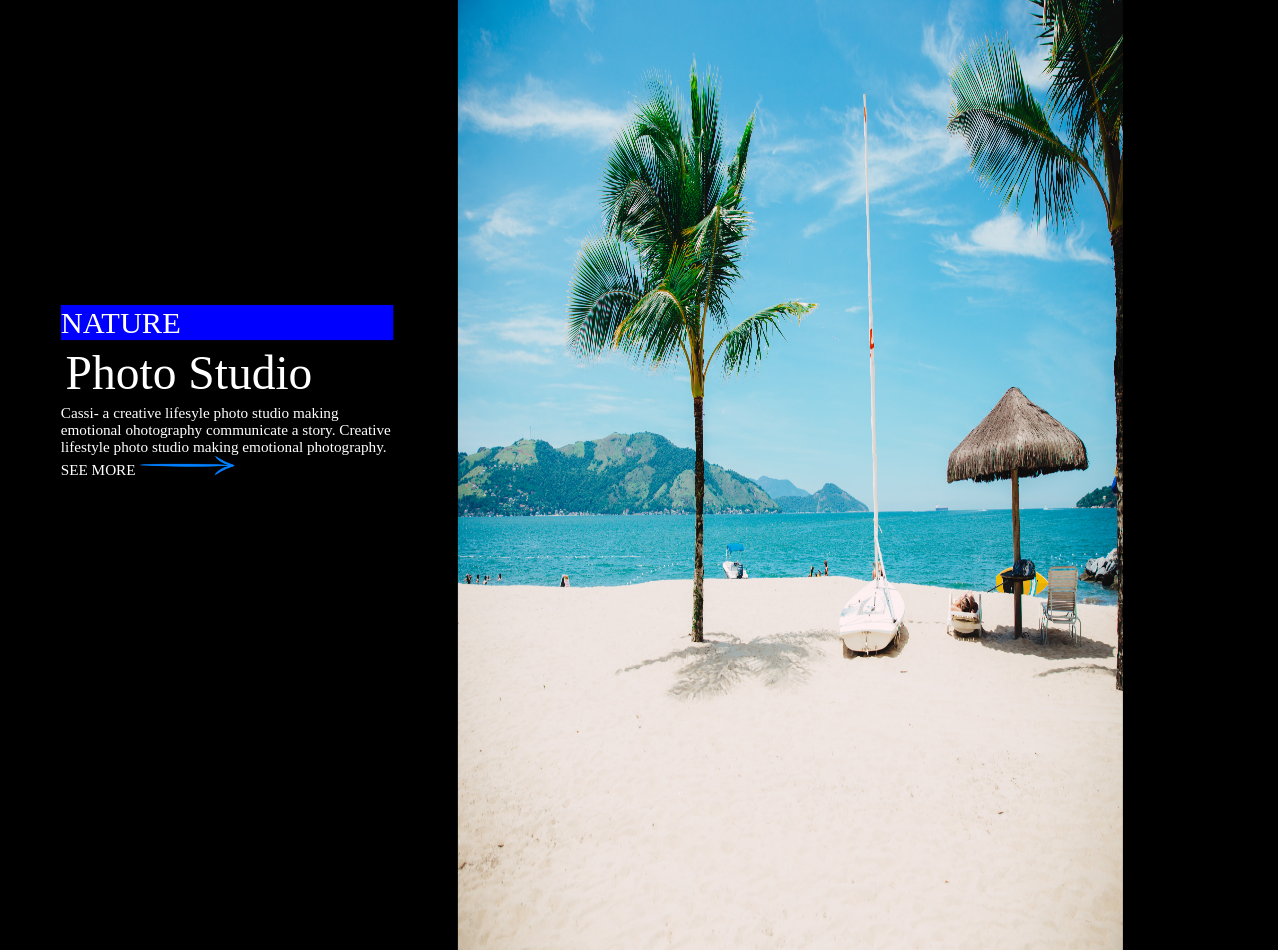
Repository: BRAspeaks/petty-project1
Page: petty project 1.html
The author's editor kept a copy of each file at every save. The page is drawn from the files as they stood at one save, then again after the next save.
The browser window is 1280 px wide. The page is 1280 px wide, then 1345 px, so the pictures cover 1345 px, including what lies to the right of the window. The pictures show the whole page, at 95% of full size.

Above is the page before, as saved 2022-07-25 15:11:10.

### petty project 1.html
<!DOCTYPE html>
<html lang="en">
    <head>
        <meta charset="UTF-8">
        <meta http-equiv="X-UA-Compatible" content="IE=edge">
        <meta name="viewport" content="width=device-width, initial-scale=1.0">
        <title> Photo Studio</title>
        <link rel="stylesheet" href="pettyproject1.css">
    </head>
    <body>
        <div class="main">
            <p class="Nature"> NATURE</p>
            <p class="photo">Photo Studio</p>
            <p class="bodice">Cassi- a creative lifesyle photo studio making emotional ohotography communicate a story. Creative lifestyle photo studio making emotional photography.</p>
            <p class="more">SEE MORE </p>
            <img src="bluearrow.png" class="arrow">
        </div>
        <div class="image">
            <img src="beach.jpg" class="beach" >
        </div>
    </body>
</html>

### pettyproject1.css
* {
    margin: 0;
    padding: 0;
    box-sizing: border-box;
}
body{
    background-color: black;
    color: white;
}
.main{
    text-align: left;
    width: 350px;
    /* margin-top: 50%;
    margin-bottom: 50%; */
    margin-left: 5%;
    margin-right: 5%;
}
.Nature{
    background-color: blue;
    /* width:70px; */
    font-size: 2rem;
}
.photo{
    font-size: 50px;
    margin: 5px;
}
.arrow{
    height:20px;
}
.more, .arrow {
    display: inline-block
}
.main, .image{
    display:inline-block;
}
.image{
    text-align: right;

}
.beach{
    width: 700px;
    height: 1000px;
    margin-bottom: -500px;
}

After the next save:
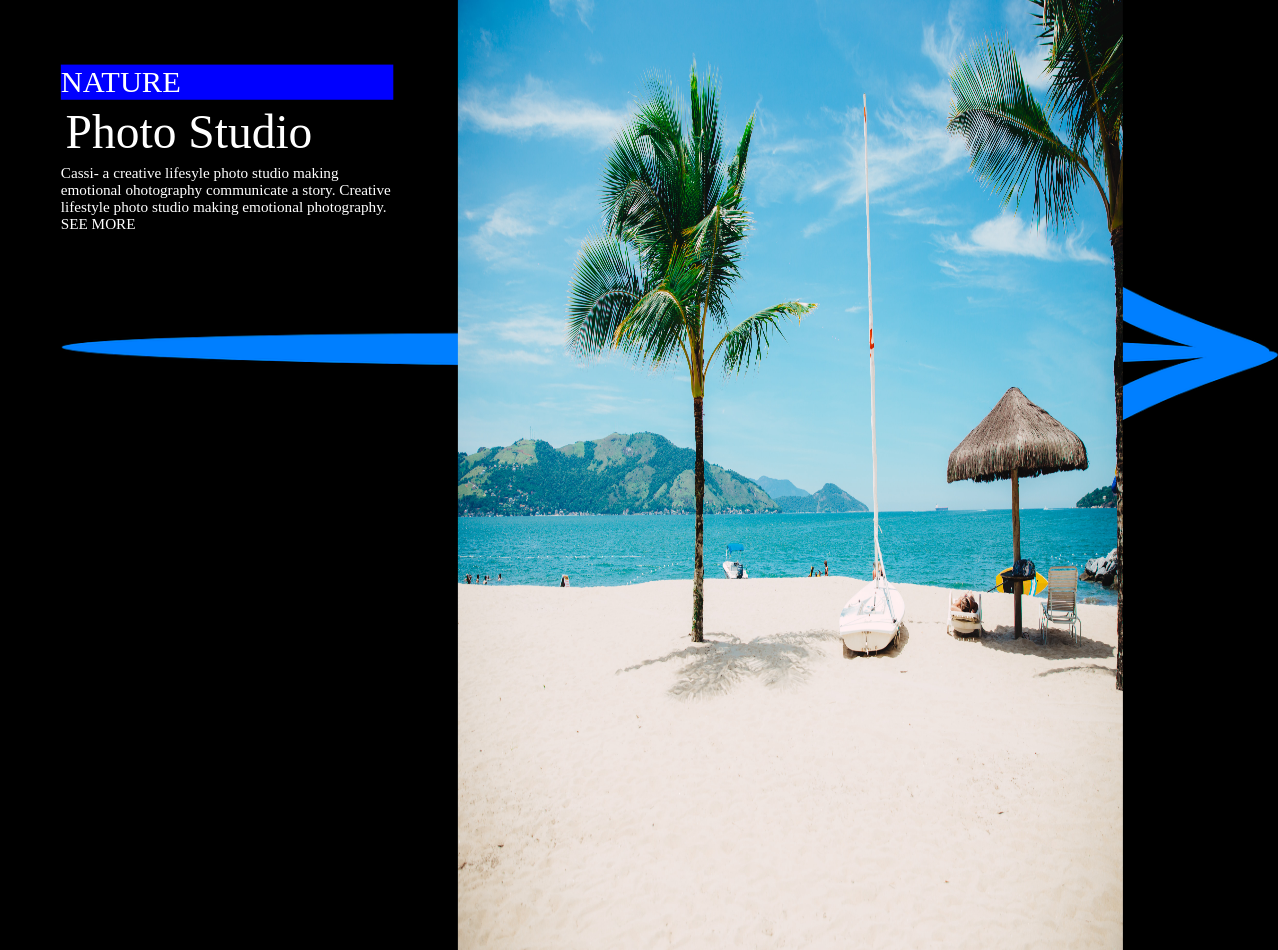
Saved 13 s later.
--- a/pettyproject1.css
+++ b/pettyproject1.css
@@ -25,7 +25,7 @@ body{
     margin: 5px;
 }
 .arrow{
-    height:20px;
+    /* height:20px; */
 }
 .more, .arrow {
     display: inline-block
